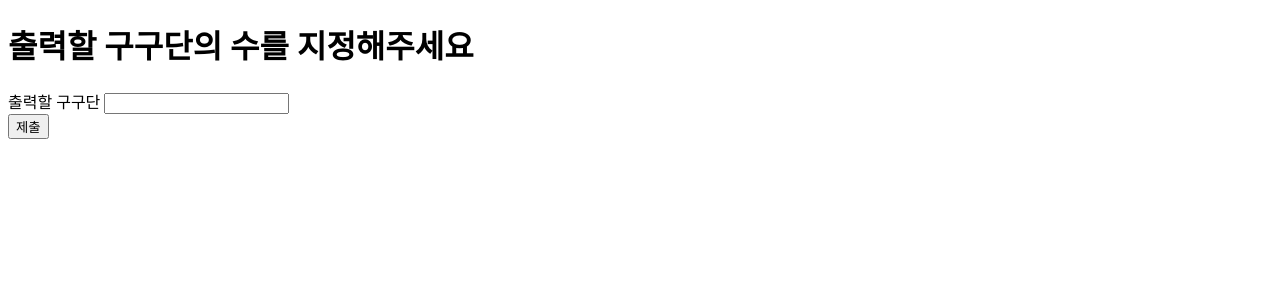
Repository: song-tata/jsp_servlet
Page: chap06/webContants/dan.html
These files come from the project's save history. The page is drawn as it stood at one moment and after the next save; the edit follows.
The browser window is 1280 px wide. The pictures show the whole page.

Above is the page before, as saved 2023-05-18 07:23:19.

### chap06/webContants/dan.html
<!DOCTYPE html>
<html>
<head>
<meta charset="EUC-KR">
<title>Insert title here</title>
</head>
<body>
	<h1>출력할 구구단의 수를 지정해주세요</h1>
	<form action="gugu" name="form">
		<label for="dantext">출력할 구구단</label> <input type="text" id="dantext"
			name="dantext"> <br>
		<button type="submit">제출</button>
	</form>
	<table>
		<thead>
		</thead>
		<tbody>
			<tr>
				<td></td>
			</tr>
		</tbody>
	</table>
</body>
</html>

After the next save:
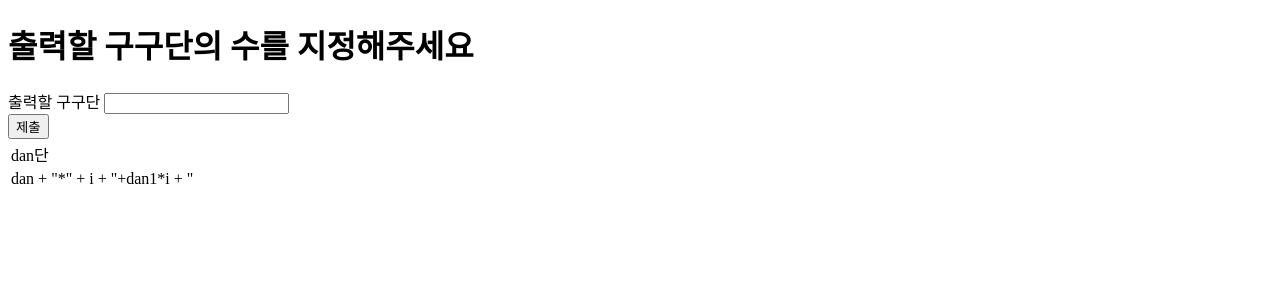
Saved 3 min 41 s later.
--- a/chap06/webContants/dan.html
+++ b/chap06/webContants/dan.html
@@ -11,14 +11,9 @@
 			name="dantext"> <br>
 		<button type="submit">제출</button>
 	</form>
-	<table>
-		<thead>
-		</thead>
-		<tbody>
-			<tr>
-				<td></td>
-			</tr>
-		</tbody>
+	<table><tr><td>dan단</td></tr>
+	<tr><td>dan + "*" + i + </td>
+	<td>"+dan1*i + "</td></tr>
 	</table>
 </body>
 </html>
